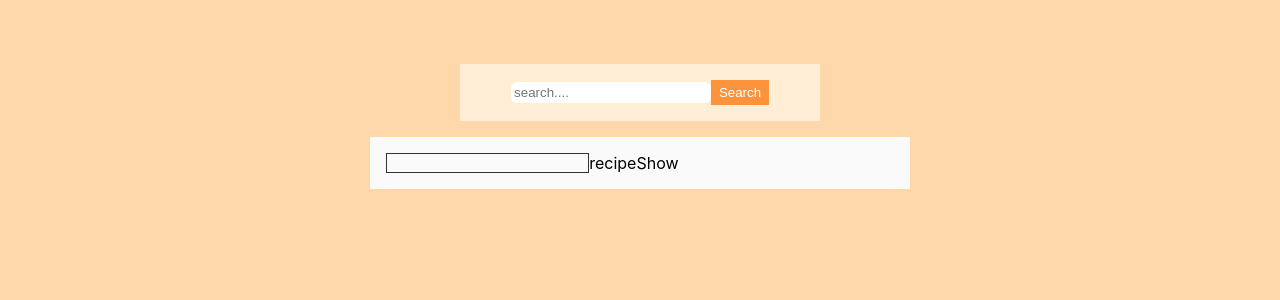
Repository: sandipkarmokar/recipeApp
Page: /
The author's editor kept a copy of each file at every save. The page is drawn from the files as they stood at one save, then again after the next save.
The browser window is 1280 px wide. The pictures show the whole page.
The project was rebuilt for these pictures with package versions that can differ from the ones it lists, and the page was loaded fresh each time.

Above is the page before, as saved 2022-04-16 08:39:03.

### src/App.js
import { useEffect, useStata, useState } from 'react';
import ListView from './components/listView';
import SearchBar from './components/searchBar';
import RecipeShow from './components/recipeShow';
import './App.css';

function App() {
    const [query, setQuery] = useState('');
    const [isLoading, setIsLoading] = useState(true);
    const [recipeIngredients, setRecipeIngredients] = useState([]);
    const [recipeList, setRecipeList] = useState([]);
    const [recipeId, setRecipeId] = useState();
    const [recipe, setRecipe] = useState([]);

    const url = `https://forkify-api.herokuapp.com/api/search?q=${query}`;
    const urlRecipe = `https://forkify-api.herokuapp.com/api/get?rId=${recipeId}`;

    const fetchData = async (e) => {
        e.preventDefault();
        try {
            const response = await fetch(url);
            const data = await response.json();
            setRecipeList(data.recipes);
            setIsLoading(false);
            setQuery('');
        } catch (error) {
            console.log(error);
        }
    };

    const fetchRecipe = async () => {
        try {
            const response = await fetch(urlRecipe);
            const data = await response.json();
            setRecipe(data);
            console.log(recipe, recipeId);
        } catch (error) {
            console.log(error);
        }
    };
    return (
        <div className="app">
            <div className="app-container">
                <SearchBar
                    query={query}
                    setQuery={setQuery}
                    fetchData={fetchData}
                ></SearchBar>
                <div className="app-modal">
                    <ListView
                        recipeList={recipeList}
                        setRecipeId={setRecipeId}
                        fetchRecipe={fetchRecipe}
                    ></ListView>
                    {recipe ? <RecipeShow></RecipeShow> : <h2>hello</h2>}
                </div>
            </div>
        </div>
    );
}
export default App;

### src/components/listView.js
import React from 'react';

const ListView = ({ recipeList, setRecipeId, fetchRecipe }) => {
    console.log(recipeList);
    const handleRecipe = (id) => {
        let numberId = parseInt(id);
        console.log(typeof numberId);
        setRecipeId(id);
        fetchRecipe();
    };

    return (
        <div className="recipeList">
            <div className="recipeList-container">
                {recipeList.map((el) => {
                    console.log(typeof el.recipe_id);
                    return (
                        <div className="recipe-item">
                            <p>{el.title}</p>
                            <img src={el.image_url} alt="" />
                            <p>{el.recipe_id}</p>
                            <p
                                onClick={() => {
                                    handleRecipe(el.recipe_id);
                                }}
                            >
                                Know More
                            </p>
                        </div>
                    );
                })}
            </div>
        </div>
    );
};

export default ListView;

### src/components/searchBar.js
import React from 'react';

const SearchBar = ({ query, setQuery, fetchData }) => {
    return (
        <div className="searchBar">
            <div className="searchBar-container">
                {/* <div className="logo">FooD IT</div> */}
                <form onSubmit={fetchData} className="search">
                    <input
                        type="text"
                        placeholder="search...."
                        value={query}
                        onChange={(e) => setQuery(e.target.value)}
                    />
                    <button type="submit">Search</button>
                </form>
            </div>
        </div>
    );
};

export default SearchBar;

### src/components/recipeShow.js
import React from 'react';

const RecipeShow = () => {
    return <div>recipeShow</div>;
};

export default RecipeShow;

### src/App.css
* {
    margin: 0;
    padding: 0;
    box-sizing: border-box;
}

.app {
    height: 100vh;
    width: 100vw;
    background-color: #fed7aa;
    overflow: hidden;
    padding: 4rem 0;
}

.app .app-container {
    width: 600px;
    margin: 0 auto;
}
.app .app-container .searchBar {
    width: 60%;
    margin: 0 auto;
    background-color: #ffedd5;
}
.app .app-container .searchBar .searchBar-container {
    padding: 1rem 2rem;
    background-color: #ffedd5;
}
.app .app-container .searchBar .searchBar-container .search {
    display: flex;
    align-items: center;
    justify-content: center;
}
.app .app-container .searchBar .searchBar-container .search input {
    display: flex;
    width: 200px;
    padding: 0.2rem;
    border-radius: 0.4rem;
    border: none;
    outline: none;
}

.app .app-container .searchBar .searchBar-container .search button {
    border: none;
    background-color: #fb923c;
    padding: 0.3rem 0.5rem;
    color: #fff;
    cursor: pointer;
}
.app .app-container .searchBar .searchBar-container .search button:hover {
    background-color: #f97316;
}

.app .app-container .app-modal {
    width: 90%;
    margin: 1rem auto;
    background-color: #fafafa;
    padding: 1rem;
    display: flex;
}

.app .app-container .app-modal .recipeList {
    border: 1px solid #333;
    width: 40%;
}
.app .app-container .app-modal .recipeList .recipeList-container {
    padding: 0.5rem;
}
.app .app-container .app-modal .recipeList .recipeList-container .recipe-item {
    border: 1px solid #333;
}
.app
    .app-container
    .app-modal
    .recipeList
    .recipeList-container
    .recipe-item
    img {
    height: 30px;
    width: 50px;
}

Loaded but not shown: public/index.html (common file); src/index.js (common file); src/index.css (common file); src/reportWebVitals.js (common file)

After the next save:
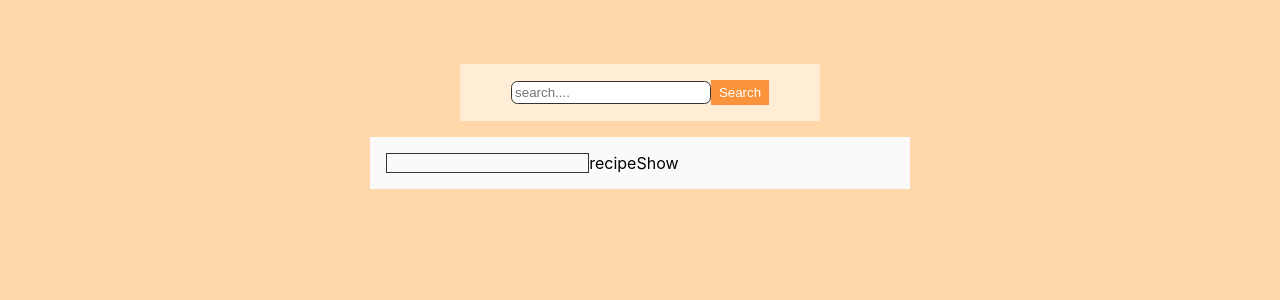
Saved 13 s later.
--- a/src/App.css
+++ b/src/App.css
@@ -36,6 +36,7 @@
     padding: 0.2rem;
     border-radius: 0.4rem;
     border: none;
+    border: 1px solid #333;
     outline: none;
 }
 
